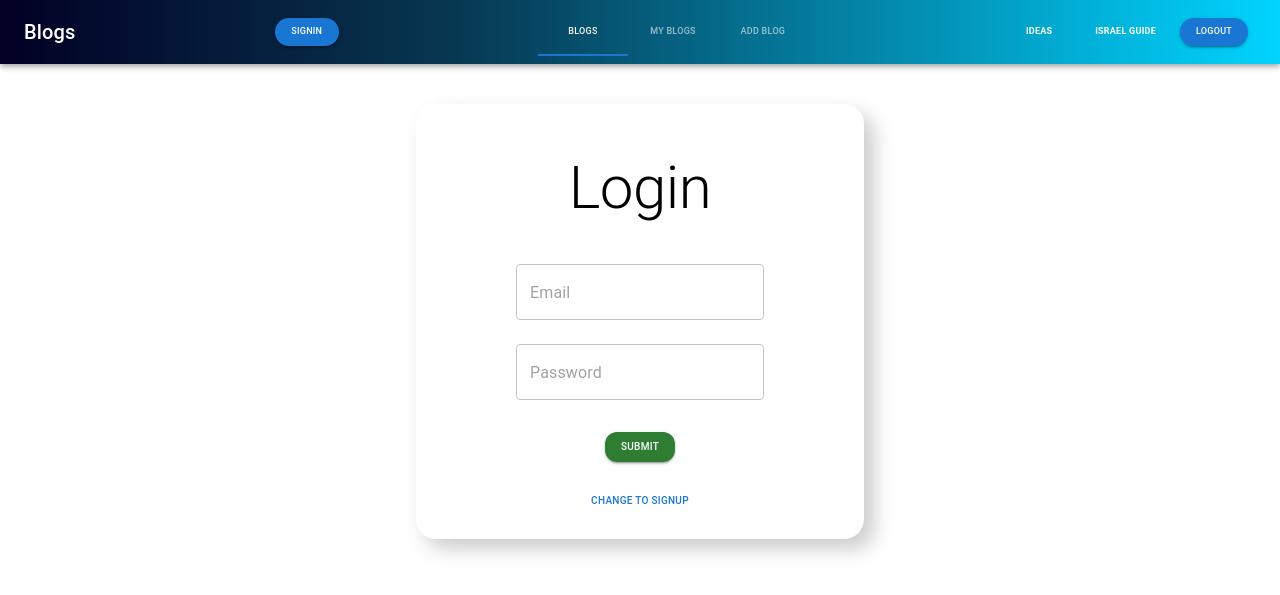
Repository: LolaSL/myBlogs
Page: /auth (app in frontend/)
An editor plug-in stored every save of this project. The page is shown before and after the next save, followed by the edit.
The browser window is 1280 px wide. The pictures show the whole page.
The project was rebuilt for these pictures with package versions that can differ from the ones it lists, and the page was loaded fresh each time. Also part of the build but not shown: frontend/src/components/Blog.jsx, frontend/src/components/Blogs.jsx, frontend/src/components/UserBlog.jsx, frontend/src/components/BlogDetails.jsx, frontend/src/components/AddBlog.jsx, frontend/src/pages/HotelTips.jsx, frontend/src/pages/TouristTips.jsx, frontend/src/pages/Journey.jsx and 7 more. Imported but missing from the stored project, and not drawn on this page: frontend/src/components/videos/video.webm.

Above is the page before, as saved 2024-04-14 12:51:43.

### frontend/public/index.html
<!DOCTYPE html>
<html lang="en">
  <head>
    <meta charset="utf-8" />
    <link rel="icon" href="%PUBLIC_URL%/favicon.ico" />
    <meta name="viewport" content="width=device-width, initial-scale=1" />
    <meta name="theme-color" content="#000000" />
    <meta
      name="description"
      content="Web site created using create-react-app"
    />
    <link rel="apple-touch-icon" href="%PUBLIC_URL%/logo192.png" />
    <!--
      manifest.json provides metadata used when your web app is installed on a
      user's mobile device or desktop. See https://developers.google.com/web/fundamentals/web-app-manifest/
    -->
    <link rel="manifest" href="%PUBLIC_URL%/manifest.json" />
    <!--
      Notice the use of %PUBLIC_URL% in the tags above.
      It will be replaced with the URL of the `public` folder during the build.
      Only files inside the `public` folder can be referenced from the HTML.

      Unlike "/favicon.ico" or "favicon.ico", "%PUBLIC_URL%/favicon.ico" will
      work correctly both with client-side routing and a non-root public URL.
      Learn how to configure a non-root public URL by running `npm run build`.
    -->
    <link href="https://fonts.googleapis.com/css2?family=Montserrat&display=swap" rel="stylesheet">
    <title>React App</title>
  </head>
  <body>
    <noscript>You need to enable JavaScript to run this app.</noscript>
    <div id="root"></div>
    <!--
      This HTML file is a template.
      If you open it directly in the browser, you will see an empty page.

      You can add webfonts, meta tags, or analytics to this file.
      The build step will place the bundled scripts into the <body> tag.

      To begin the development, run `npm start` or `yarn start`.
      To create a production bundle, use `npm run build` or `yarn build`.
    -->
  </body>
</html>

### frontend/src/index.js
import React from 'react';
import ReactDOM from 'react-dom/client';
import './index.css';
import App from './App';
import reportWebVitals from './reportWebVitals';
import { BrowserRouter } from 'react-router-dom';
import { Provider } from 'react-redux';
import { store } from './store'
import 'react-toastify/dist/ReactToastify.css'



const root = ReactDOM.createRoot(document.getElementById('root'));
root.render(
  <React.StrictMode>
    <BrowserRouter>
      <Provider store={store}>
        <App />
      </Provider>
      </BrowserRouter>
  </React.StrictMode>
);

// If you want to start measuring performance in your app, pass a function
// to log results (for example: reportWebVitals(console.log))
// or send to an analytics endpoint. Learn more: https://bit.ly/CRA-vitals
reportWebVitals();

### frontend/src/index.css

* {
  margin: 0;
}
.pagination {
  display: flex;
  justify-content: center;
  list-style: none;
  padding: 0;
  margin: 10px;
}

.page-item {
  margin: 0 5px;
}

.page-link {
  display: inline-block;
  padding: 5px 10px;
  background-color: #007bff;
  color: #fff;
  border: 1px solid #007bff;
  border-radius: 5px;
  text-decoration: none;
  cursor: pointer;
}

.page-link:hover {
  background-color: #0056b3;
  color: #fff;
}

### frontend/src/App.js
import React, { useEffect } from 'react';
import Header from './components/Header';
import { Route, Routes } from 'react-router-dom';
import Auth from './components/Auth.jsx';
import Blogs from './components/Blogs.jsx';
import UserBlogs from './components/UserBlog.jsx';
import BlogDetails from './components/BlogDetails.jsx';
import AddBlog from './components/AddBlog.jsx';
import { useDispatch, useSelector } from 'react-redux';
import { authActions } from './store';
import HotelTips from './pages/HotelTips.jsx';
import TouristTips from './pages/TouristTips.jsx';
import Journey from './pages/Journey.jsx';
import CompliteGuide from './pages/CompliteGuide.jsx';
import BestTimeToVisit from './pages/BestTime.jsx';
import WheatherAndClimate from './pages/WeatherAndClimate.jsx';
import ReasonToVisitIsrael from './pages/ReasonTovisitIstael.jsx';
import Airport from './pages/Airport.jsx'
import FashionStyle from './pages/FashionStyle.jsx';
import { ToastContainer } from 'react-toastify';
import HealthRecipes from './pages/HealthRecipes.jsx'



function App() {
  const dispatch = useDispatch();
  const isLoggedIn = useSelector(state => state.isLoggedIn);
  console.log(isLoggedIn)
  useEffect(() => {

    if (localStorage.getItem("userId"))
      dispatch(authActions.login())
  }, [dispatch])

  return (
    <React.Fragment>
      <header>
        <Header />
      </header>
      <main>
        <Routes>
          <Route path="/health-dinner-recipes" element={<HealthRecipes />} />
          <Route path="/fashion-style" element={<FashionStyle />} />
          <Route path="/airport" element={<Airport />} />
          <Route path="/reasons-to-visit-israel" element={<ReasonToVisitIsrael />} />
          <Route path="/wheather-and-climate" element={<WheatherAndClimate />} />
          <Route path="/best-time-to-visit" element={<BestTimeToVisit />} />
          <Route path="/slide" element={<CompliteGuide />} />
          <Route path="/journey" element={<Journey />} />
          <Route path="/tips" element={<TouristTips />} />
          <Route path="/hotel-tips" element={<HotelTips />} />
          {!isLoggedIn ? <Route path="/auth" element={<Auth />} /> :
            <>
              <Route path="/blogs" element={<Blogs />} />
              <Route path="/blogs/add" element={<AddBlog />} />
              <Route path="/myBlogs" element={<UserBlogs />} />
              <Route path="/myBlogs/:id" element={<BlogDetails />} />
            </>
          }

        </Routes>
        <ToastContainer position="bottom-center" limit={1} autoClose={3000} />
      </main>

    </React.Fragment>
  );
}

export default App;

### frontend/src/store/index.js
import { configureStore, createSlice } from '@reduxjs/toolkit';

const authSlice = createSlice({
    name: 'auth',
    initialState: { isLoggedIn: false },
    reducers: {
        login(state) {
            state.isLoggedIn = true;
        },
        logout(state) {
            localStorage.removeItem("userId")
            state.isLoggedIn = false;
        }
    }
});
export const authActions = authSlice.actions
export const store = configureStore({
    reducer: authSlice.reducer
})

### frontend/src/components/Header.jsx
import React, { useState } from "react";
import {
  AppBar,
  Toolbar,
  Typography,
  Box,
  Button,
  Tabs,
  Tab,
  useMediaQuery,
  useTheme,
  Drawer,
  List,
  ListItem,
  ListItemText,
} from "@mui/material";
import { Link } from "react-router-dom";
import { useSelector, useDispatch } from "react-redux";
import { authActions } from "../store";
import useStyles from "./utils";
import Guide from "./Guide";
import Ideas from "./Ideas";
import { toast } from "react-toastify";
import "react-toastify/dist/ReactToastify.css";

const Header = () => {
  const classes = useStyles();
  const dispatch = useDispatch();
  const isLoggedIn = useSelector((state) => state.isLoggedIn);
  const [value, setValue] = useState(0);
  const [menuOpen, setMenuOpen] = useState(false);

  const theme = useTheme();

  const isSmallScreen = useMediaQuery(theme.breakpoints.down("sm"));

  const toggleMenu = () => {
    setMenuOpen(!menuOpen);
  };

  const handleLogout = () => {
    dispatch(authActions.logout());
    toast.success("Logged out successfully!");
  };

  return (
    <AppBar
      position="sticky"
      sx={{
        background:
          "linear-gradient(90deg, rgba(2,0,36,1) 0%, rgba(7,54,80,1) 35%, rgba(0,212,255,1) 100%)",
        top: 0,
      }}
    >
      <Toolbar>
        <Typography className={classes.font} variant="h6">
          Blogs
        </Typography>
        {!isLoggedIn && (
          <Box
            fontSize="9px"
            position="right"
            marginLeft={"auto"}
            marginRight={"4"}
          >
            <Button
              display="flex"
              className={classes.font}
              LinkComponent={Link}
              to="/auth"
              variant="contained"
              sx={{ margin: 1, borderRadius: 10, fontSize: "9px" }}
              color="primary"
            >
              SignIn
            </Button>
          </Box>
        )}
        {!isLoggedIn && (
          <>
            <Box
              fontSize="9px"
              display="flex"
              marginLeft={"auto"}
              marginRight={"auto"}
            >
              {isSmallScreen ? (
                <>
                  <Ideas />
                  <Guide />
                  <Button
                    className={classes.font}
                    onClick={toggleMenu}
                    variant="text"
                    sx={{ margin: 1, borderRadius: 10, fontSize: "9px", color: "white" }}
                  >
                    Menu
                  </Button>
                </>
              ) : (
                <Tabs
                  sx={{ fontSize: "9px" }}
                  textColor="inherit"
                  value={value}
                  onChange={(e, val) => setValue(val)}
                >
                  <Tab
                    sx={{ fontSize: "9px" }}
                    className={classes.font}
                    LinkComponent={Link}
                    to="/blogs"
                    label="Blogs"
                  />
                  <Tab
                    sx={{ fontSize: "9px" }}
                    className={classes.font}
                    LinkComponent={Link}
                    to="/myBlogs"
                    label="My Blogs"
                  />
                  <Tab
                    sx={{ fontSize: "9px" }}
                    className={classes.font}
                    LinkComponent={Link}
                    to="/blogs/add"
                    label="Add Blog"
                  />
                </Tabs>
              )}
            </Box>

            {isSmallScreen && (
              <Drawer anchor="right" open={menuOpen} onClose={toggleMenu}>
                <List>
                  <ListItem component={Link} to="/blogs">
                    <ListItemText primary="Blogs" />
                  </ListItem>
                  <ListItem component={Link} to="/myBlogs">
                    <ListItemText primary="My Blogs" />
                  </ListItem>
                  <ListItem component={Link} to="/blogs/add">
                    <ListItemText primary="Add Blog" />
                  </ListItem>
                  <ListItem onClick={toggleMenu}>
                    <ListItemText primary="Close" />
                  </ListItem>
                </List>
              </Drawer>
            )}

            {!isSmallScreen && (
              <>
                <Ideas /> <Guide />
              </>
            )}
            <Button
              className={classes.font}
              onClick={handleLogout}
              LinkComponent={Link}
              to="/auth"
              variant="contained"
              sx={{ margin: 1, borderRadius: 10, fontSize: "9px" }}
              color="primary"
            >
              LogOut
            </Button>
          </>
        )}
     </Toolbar>
    </AppBar>
  );
 };

export default Header;

### frontend/src/components/Auth.jsx
import React, { useState } from "react";
import { Box, Button, TextField, Typography } from "@mui/material";
import axios from "axios";
import { authActions } from '../store';
import { useDispatch } from 'react-redux';
import { useNavigate } from "react-router-dom";
import useStyles from "./utils";
import { toast } from 'react-toastify';
import { getError } from '../errors.js';


const Auth = () => {
  const classes = useStyles();
  const navigate = useNavigate();
  const dispatch = useDispatch();
  const [inputs, setInputs] = useState({
    name: "",
    email: "",
    password: "",
  });

  const [isSignUp, setIsSignUp] = useState(false);

  const handleChange = (e) => {
    setInputs((prevState) => ({
      ...prevState,
      [e.target.name]: e.target.value,
    }));
  };

  const sendRequest = async (type = "login") => {
    try {
      const res = await axios.post(`http://localhost:5050/api/user/${type}`, {
        name: inputs.name,
        email: inputs.email,
        password: inputs.password,
      });

      const data = res.data;
      if (type === 'signup') {
        toast.success('Signup successful!');
      } else {
        toast.success('Login successful!');
      }
      localStorage.setItem('userId', data.user._id);
      dispatch(authActions.login());
      navigate("/blogs");
    } catch (error) {
      toast.error(getError(error));
    }
  };

  const handleSubmit = (e) => {
    e.preventDefault();
    if (isSignUp) {
      sendRequest("signup");
    } else {
      sendRequest();
    }
  };

  return (
    <div>
      <form onSubmit={handleSubmit}>
        <Box
          maxWidth={400}
          display="flex"
          flexDirection={"column"}
          alignItems="center"
          justifyContent={"center"}
          boxShadow="10px 10px 20px #ccc"
          padding={3}
          margin="auto"
          marginTop={5}
          borderRadius={5}
        >
          <Typography className={classes.font} variant="h2" padding={3} textAlign="center">
            {isSignUp ? "Signup" : "Login"}
          </Typography>
          {isSignUp && (
            <TextField
              className={classes.font}
              name="name"
              onChange={handleChange}
              margin="normal"
              value={inputs.name}
              placeholder="Name"
            />
          )}
          <TextField
            className={classes.font}
            name="email"
            onChange={handleChange}
            margin="normal"
            value={inputs.email}
            placeholder="Email"
            type={"email"}
          />
          <TextField
            className={classes.font}
            name="password"
            onChange={handleChange}
            margin="normal"
            value={inputs.password}
            placeholder="Password"
            type={"password"}
          />
          <Button
            className={classes.font}
            type="submit"
            variant="contained"
            sx={{ borderRadius: 3, marginTop: 3, fontSize: "10px" }}
            color="success"
          >
            Submit
          </Button>
          <Button
            className={classes.font}
            sx={{ borderRadius: 3, marginTop: 3, fontSize: "10px" }}
            color="primary"
            onClick={(e) => setIsSignUp(!isSignUp)}
          >
            Change to {isSignUp ? "Login" : "Signup"}
          </Button>
        </Box>
      </form>
      {/* <ToastContainer/> */}
    </div>
  );
};

export default Auth;

### frontend/src/components/utils.js
import { styled, useTheme } from '@mui/system';

const useStyles = () => {
  const theme = useTheme();

  return styled({
    typography: {
      fontFamily: ['"Montserrat"', 'Open Sans'].join(',')
    },
    container: {
      paddingTop: theme.spacing(4),
      paddingBottom: theme.spacing(4),
    },
    heading: {
      fontSize: "2rem",
      fontWeight: "lighter",
      textAlign: "center",
      marginTop: theme.spacing(4),
      marginBottom: theme.spacing(4),
      padding: theme.spacing(2),
    },
    section: {
      marginTop: theme.spacing(4),
      marginBottom: theme.spacing(4),
      padding: theme.spacing(2),
    },
    article: {
      fontWeight: "lighter",
      textAlign: "justify",
    },
  });
};
export default useStyles;

### frontend/src/components/Guide.jsx
import React, { useState } from "react";
import useStyles from "./utils";
import { Menu, MenuItem, Button } from "@mui/material";
import { Link } from "react-router-dom";

const Guide = () => {
  const classes = useStyles();
  const [isMenuOpen, setIsMenuOpen] = useState(false);
  const [anchorEl, setAnchorEl] = useState(null);

  const toggleMenu = () => {
    setIsMenuOpen(!isMenuOpen);
    setAnchorEl(null);
  };

  const openMenu = (event) => {
    setAnchorEl(event.currentTarget);
  };

  return (
    <div>
      <Button
        color="info"
        className={classes.font}
        onClick={openMenu}
        sx={{
          color: "white",
          fontWeight: "bold",
          fontSize: "9px",
          margin: 1,
          borderRadius: 6,
          display: "flex",
          justifyContent: "flex",

        }}

      >
       Israel Guide
      </Button>
      <Menu
        anchorEl={anchorEl}
        open={Boolean(anchorEl)}
        onClose={() => setAnchorEl(null)}
        anchorOrigin={{
          vertical: "bottom",
          horizontal: "right",
        }}
        transformOrigin={{
          vertical: "top",
          horizontal: "right",
        }}
      >
        {" "}
        <MenuItem
          className={classes.font}
          onClick={toggleMenu}
          component={Link}
          to="/slide"
        >
          Top destinations
        </MenuItem>
        <MenuItem
          className={classes.font}
          onClick={toggleMenu}
          component={Link}
          to="/best-time-to-visit"
        >
          The best time to visit
        </MenuItem>
        <MenuItem
          className={classes.font}
          onClick={toggleMenu}
          component={Link}
          to="/wheather-and-climate"
        >
          Wheather & Climate
        </MenuItem>
        <MenuItem
          className={classes.font}
          onClick={toggleMenu}
          component={Link}
          to="/reasons-to-visit-israel"
        >
          Reasons to visit Israel
        </MenuItem>
        <MenuItem
          className={classes.font}
          onClick={toggleMenu}
          component={Link}
          to="/airport"
        >
          Ben Gurion Aeroport
        </MenuItem>
      </Menu>
    </div>
  );
};

export default Guide;

### frontend/src/components/Ideas.jsx
import React, { useState } from "react";
import useStyles from "./utils";
import { Menu, MenuItem, Button } from "@mui/material";
import { Link } from "react-router-dom";

const Ideas = () => {
  const classes = useStyles();
  const [isMenuOpen, setIsMenuOpen] = useState(false);
  const [anchorEl, setAnchorEl] = useState(null);

  const toggleMenu = () => {
    setIsMenuOpen(!isMenuOpen);
    setAnchorEl(null);
  };

  const openMenu = (event) => {
    setAnchorEl(event.currentTarget);
  };

  return (
    <div>
      <Button
        className={classes.font}
        onClick={openMenu}
        sx={{
          color: "white",
          fontWeight: "bold",
          fontSize: "9px",
          margin: 1,
          borderRadius: 6,
          display: "flex",
          justifyContent: "flex",
        }}
      >
        Ideas
      </Button>
      <Menu
        anchorEl={anchorEl}
        open={Boolean(anchorEl)}
        onClose={() => setAnchorEl(null)}
        anchorOrigin={{
          vertical: "bottom",
          horizontal: "right",
        }}
        transformOrigin={{
          vertical: "top",
          horizontal: "right",
        }}
      >
        <MenuItem
          className={classes.font}
          onClick={toggleMenu}
          component={Link}
          to="/journey"
        >
          Find your next trip and destination
        </MenuItem>
        <MenuItem
          className={classes.font}
          onClick={toggleMenu}
          component={Link}
          to="/tips"
        >
          The best tourist tips
        </MenuItem>
        <MenuItem
          className={classes.font}
          onClick={toggleMenu}
          component={Link}
          to="/hotel-tips"
        >
          Tips to find a hotel
        </MenuItem>
        <MenuItem
          className={classes.font}
          onClick={toggleMenu}
          component={Link}
          to="/fashion-style"
        >
          Fashion and Style
        </MenuItem>
        <MenuItem
          className={classes.font}
          onClick={toggleMenu}
          component={Link}
          to="/health-dinner-recipes"
        >
          A few recipes for healthier dinner
        </MenuItem>
      </Menu>
    </div>
  );
};

export default Ideas;

Loaded but not shown: frontend/src/reportWebVitals.js (common file); frontend/src/errors.js (common file)

After the next save:
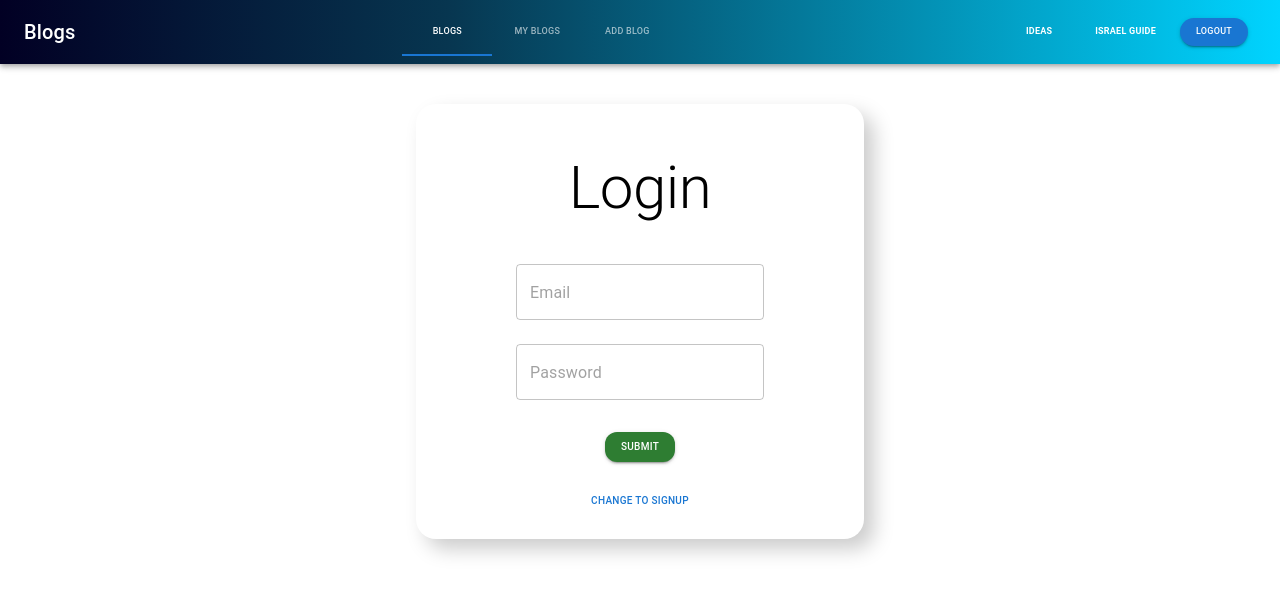
Saved 32 s later.
--- a/frontend/src/components/Header.jsx
+++ b/frontend/src/components/Header.jsx
@@ -56,7 +56,7 @@ const Header = () => {
         <Typography className={classes.font} variant="h6">
           Blogs
         </Typography>
-        {!isLoggedIn && (
+        {/* {!isLoggedIn && (
           <Box
             fontSize="9px"
             position="right"
@@ -75,7 +75,7 @@ const Header = () => {
               SignIn
             </Button>
           </Box>
-        )}
+        )} */}
         {!isLoggedIn && (
           <>
             <Box
